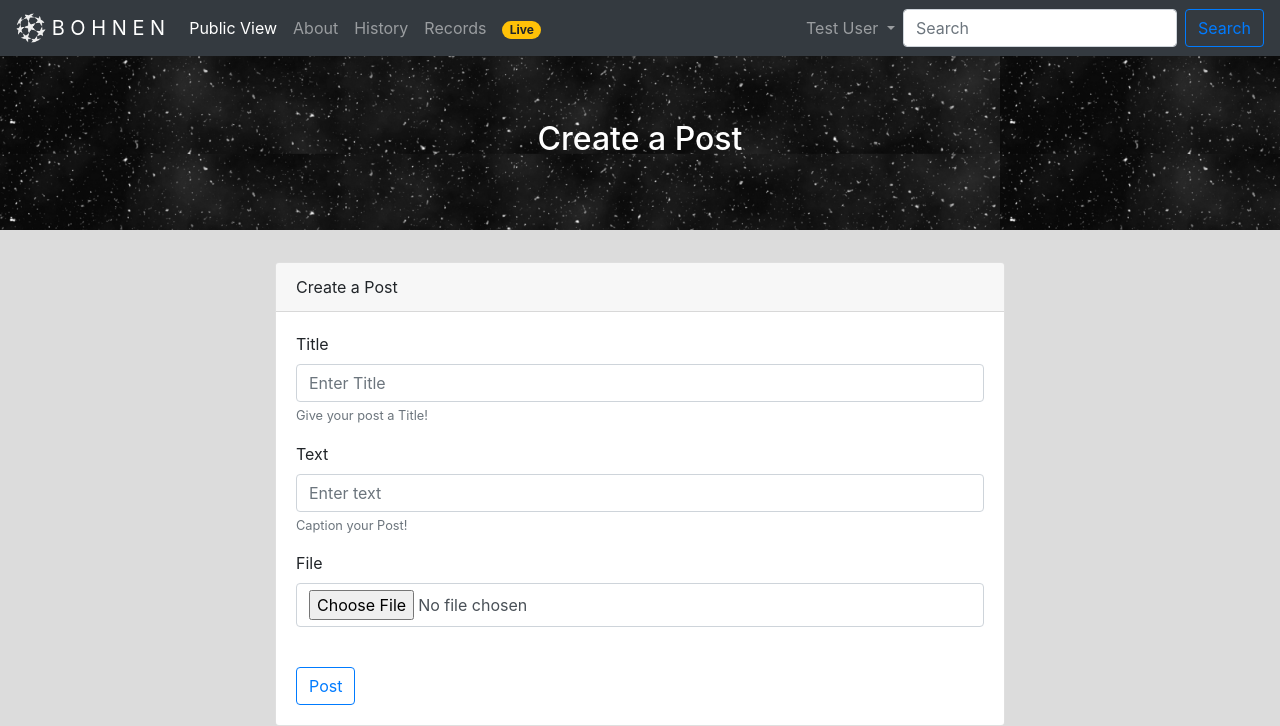
Repository: davidbohnen/BOHNEN
Page: http://localhost/post/create
An editor plug-in stored every save of this project. The page is shown before and after the next save, followed by the edit.
The browser window is 1280 px wide. The pictures show the whole page.
Some web libraries are served in a nearby version. The page is served by the project's Laravel application, run on PHP 8.4 with Laravel 8. A made-up administrator, Test User (test@example.com), is signed in.

Above is the page before, as saved 2020-05-15 23:39:52.

After the next save:
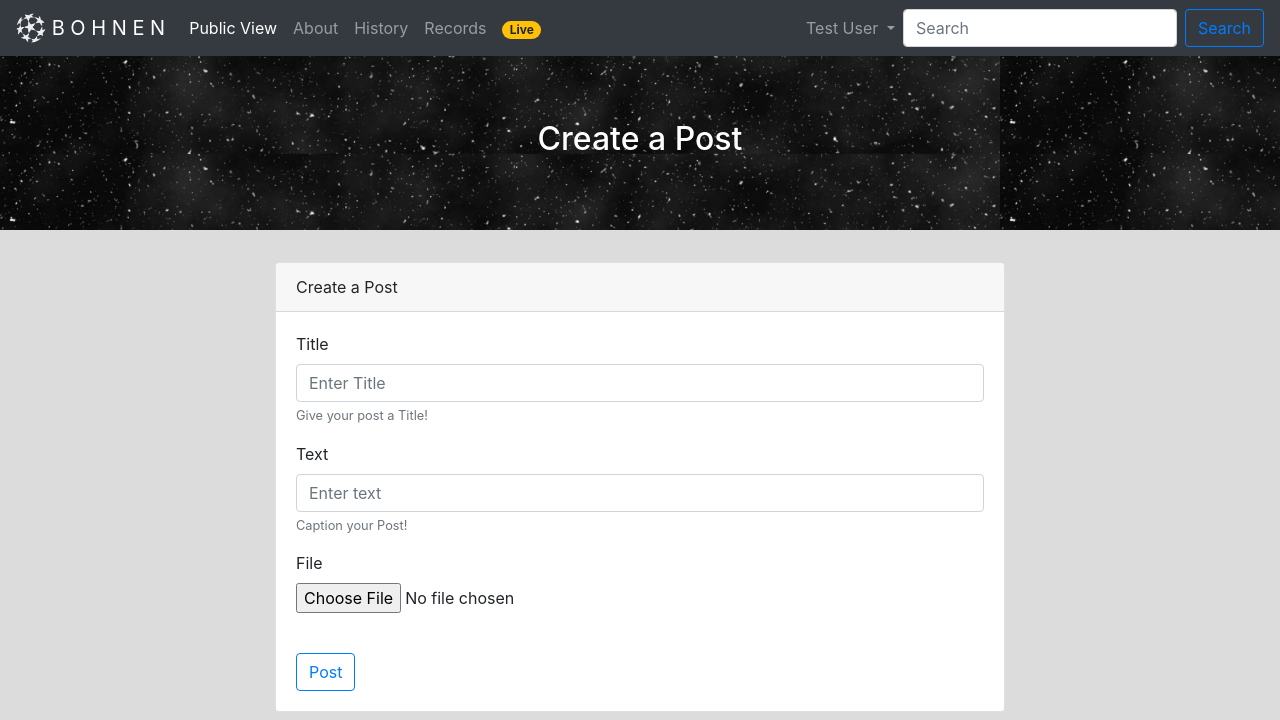
Saved 2 min 52 s later.
--- a/resources/views/post/create.blade.php
+++ b/resources/views/post/create.blade.php
@@ -51,7 +51,7 @@
 
                         <div class="form-group">
                         <label for="file">File</label>
-                        <input name = "file" type="file" class="form-control" id="file" aria-describedby="fileHelp" placeholder="Add Image" enctype="multipart/form-data">
+                        <input name = "file" type="file" class="form-control-file" id="file" aria-describedby="fileHelp" placeholder="Add Image" enctype="multipart/form-data">
                         <small id="fileHelp" class="form-text text-muted"></small>
                         @error('text')
                                 <small class = "text-danger">{{$message}}</small>
